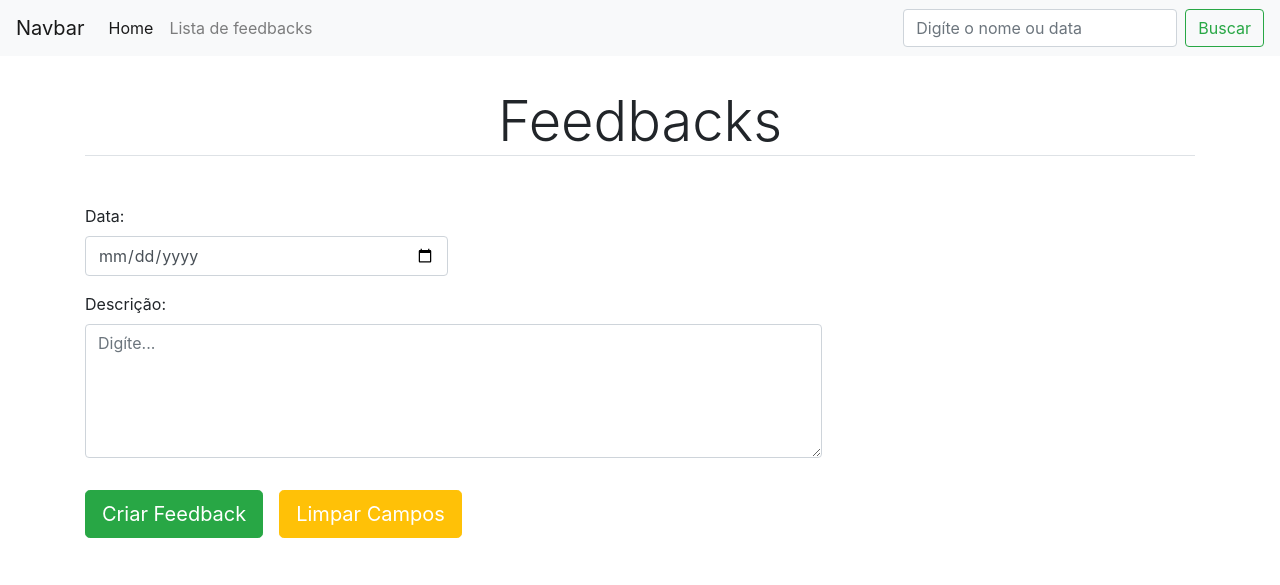
Repository: JulioSantooz/maisViagensSegundaVersao
Page: java-web(eclipse)/java-crud-mais-viagens/src/main/webapp/descricao.html
These files come from the project's save history. The page is drawn as it stood at one moment and after the next save; the edit follows.
The browser window is 1280 px wide. The pictures show the whole page.
Some web libraries are served in a nearby version.

Above is the page before, as saved 2022-02-06 15:27:17.

### java-web(eclipse)/java-crud-mais-viagens/src/main/webapp/descricao.html
<!DOCTYPE html>
<html>
<head>
<meta charset="ISO-8859-1">
<link rel="stylesheet" href="https://maxcdn.bootstrapcdn.com/bootstrap/4.0.0/css/bootstrap.css">
<title>+Viagens - Feedbacks</title>
</head>
<body>

<nav class="navbar navbar-expand-lg navbar-light bg-light">
  <a class="navbar-brand" href="#">Navbar</a>
  <button class="navbar-toggler" type="button" data-toggle="collapse" data-target="#navbarSupportedContent" aria-controls="navbarSupportedContent" aria-expanded="false" aria-label="Toggle navigation">
    <span class="navbar-toggler-icon"></span>
  </button>

  <div class="collapse navbar-collapse" id="navbarSupportedContent">
    <ul class="navbar-nav mr-auto">
      <li class="nav-item active">
        <a class="nav-link" href="index.html">Home <span class="sr-only">(current)</span></a>
      </li>
      <li class="nav-item">
        <a class="nav-link" href="#">Lista de feedbacks</a>
      </li>
    </ul>
    <form class="form-inline my-2 my-lg-0">
      <input name="pesquisa" class="form-control mr-sm-2" type="search" placeholder="Digíte o nome ou data" aria-label="Search">
      <button class="btn btn-outline-success my-2 my-sm-0" type="submit">Buscar</button>
    </form>
  </div>
</nav>

<main class="container text-center mt-3">
	<div class="row">
		<div class="col-12">
			<h1 class="display-4 my-3 border-bottom">Feedbacks</h1>
			<form action="CreateAndFind" method="POST">
                <div class="form-row mt-5 d-flex flex-column">
                    <div class="form-group col-4">
                        <label for="" class="float-left">Data:</label>
                        <input name="data" type="date" class="form-control" id="">
                    </div>
                    <div class="form-group col-8">
                        <label for="" class="float-left">Descrição:</label>
                        <textarea name="descricao" maxlength="300" class="form-control" id="" rows="5" placeholder="Digíte..."></textarea>
                    </div>
                </div>
                <button type="submit" class="btn btn-lg btn-success my-3 float-left">Criar Feedback</button>
                <button type="reset" class="btn btn-lg btn-warning text-white ml-3 my-3 float-left">Limpar Campos</button>
            </form>
		</div>
	</div>
</main>


<script src="https://code.jquery.com/jquery-3.2.1.slim.min.js"></script>
<script src="https://cdnjs.cloudflare.com/ajax/libs/popper.js/1.12.9/umd/popper.min.js"></script>
<script src="https://maxcdn.bootstrapcdn.com/bootstrap/4.0.0/js/bootstrap.js"></script>

</body>
</html>

After the next save:
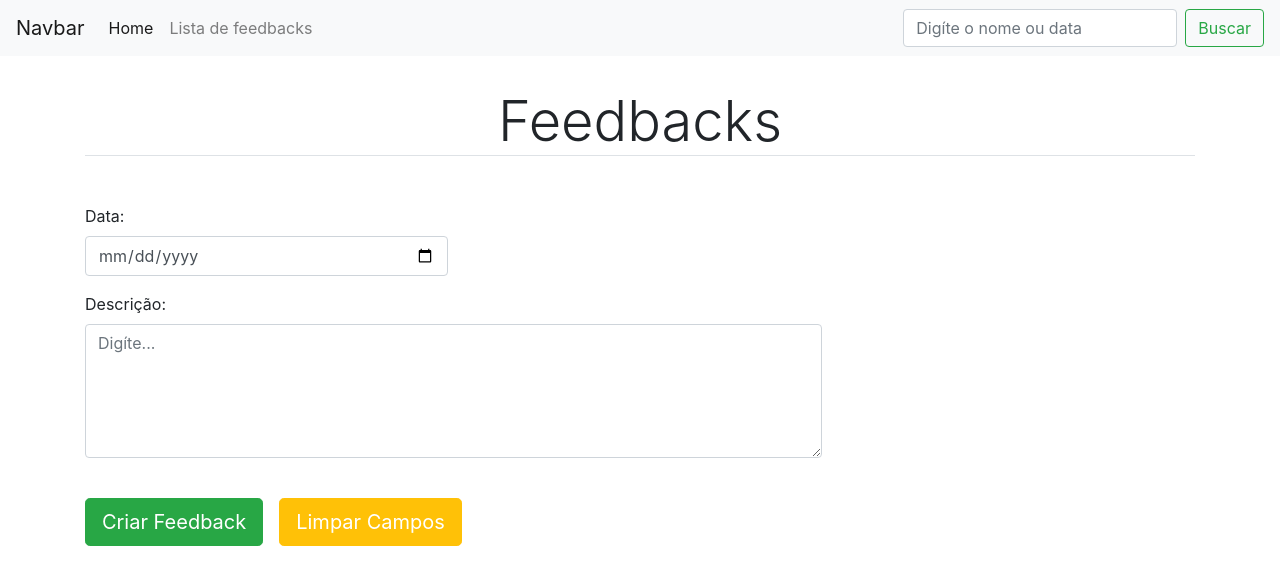
Saved 15 s later.
--- a/java-web(eclipse)/java-crud-mais-viagens/src/main/webapp/descricao.html
+++ b/java-web(eclipse)/java-crud-mais-viagens/src/main/webapp/descricao.html
@@ -44,8 +44,8 @@
                         <textarea name="descricao" maxlength="300" class="form-control" id="" rows="5" placeholder="Digíte..."></textarea>
                     </div>
                 </div>
-                <button type="submit" class="btn btn-lg btn-success my-3 float-left">Criar Feedback</button>
-                <button type="reset" class="btn btn-lg btn-warning text-white ml-3 my-3 float-left">Limpar Campos</button>
+                <button type="submit" class="btn btn-lg btn-success my-4 float-left">Criar Feedback</button>
+                <button type="reset" class="btn btn-lg btn-warning text-white ml-3 my-4 float-left">Limpar Campos</button>
             </form>
 		</div>
 	</div>
